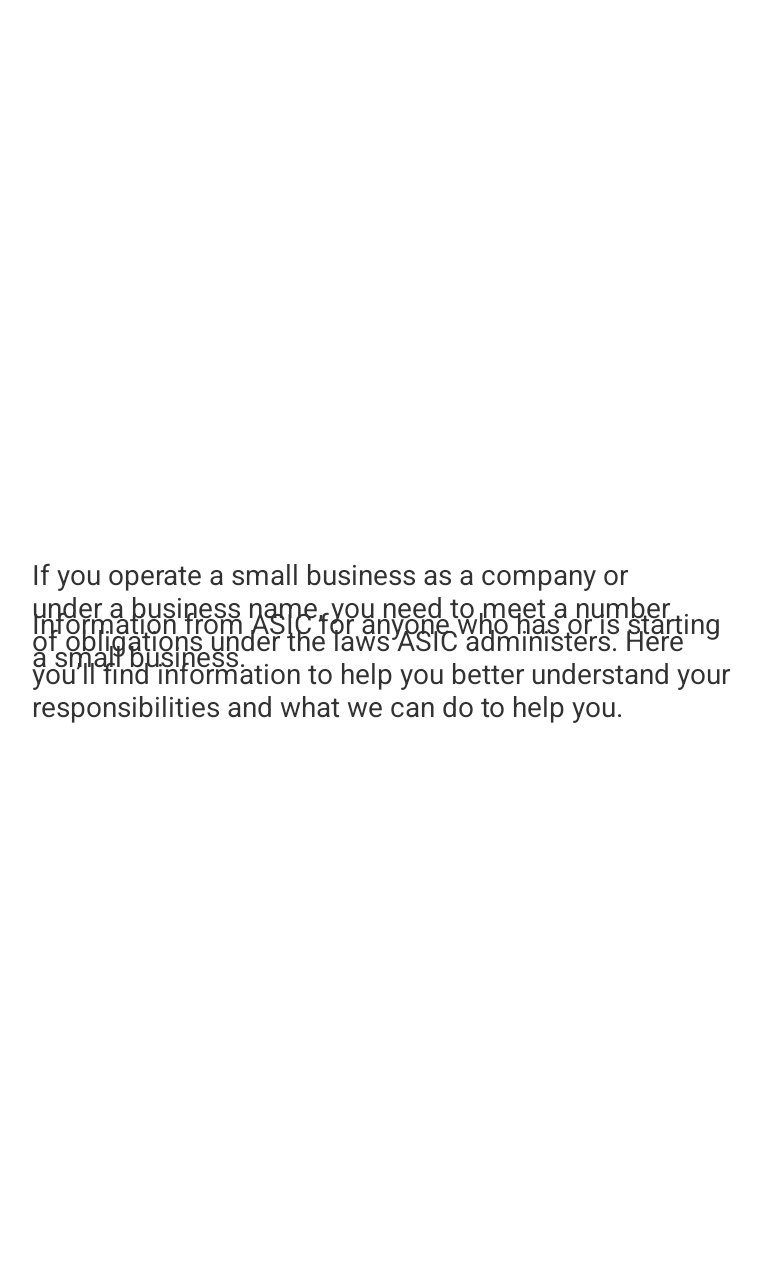
Repository: nrodofile/brokenCoconutDreams
Layout: ASIC_Small_Busnesss/res/layout/activity_about.xml
These files come from the project's save history. The layout is drawn as it stood at one moment and after the next save; the edit follows.
It is drawn on a 768 x 1280 px phone screen (xhdpi) without system bars, with theme AppTheme; the app's code is not run.

Above is the layout before, as saved 2013-11-24 09:12:37.

After the next save:
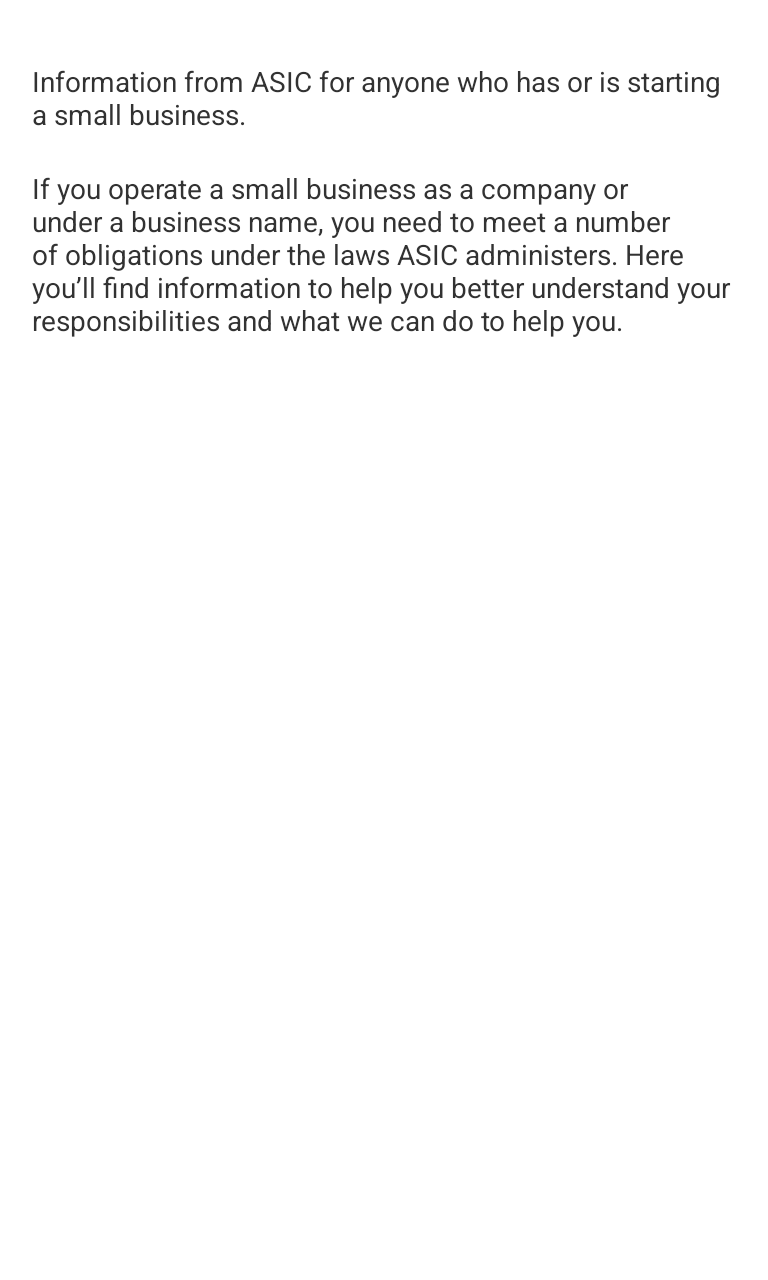
Saved 2 min 36 s later.
--- a/ASIC_Small_Busnesss/res/layout/activity_about.xml
+++ b/ASIC_Small_Busnesss/res/layout/activity_about.xml
@@ -9,17 +9,21 @@
     tools:context=".AboutActivity" >
 
     <TextView
+        android:id="@+id/textView1"
         android:layout_width="wrap_content"
         android:layout_height="wrap_content"
-        android:layout_centerHorizontal="true"
-        android:layout_centerVertical="true"
+        android:layout_alignLeft="@+id/textView2"
+        android:layout_alignParentTop="true"
+        android:layout_marginTop="15dp"
         android:text="@string/about_information" />
 
     <TextView
+        android:id="@+id/textView2"
         android:layout_width="wrap_content"
         android:layout_height="wrap_content"
+        android:layout_below="@+id/textView1"
         android:layout_centerHorizontal="true"
-        android:layout_centerVertical="true"
+        android:layout_marginTop="18dp"
         android:text="@string/about_information_2" />
 
 </RelativeLayout>
